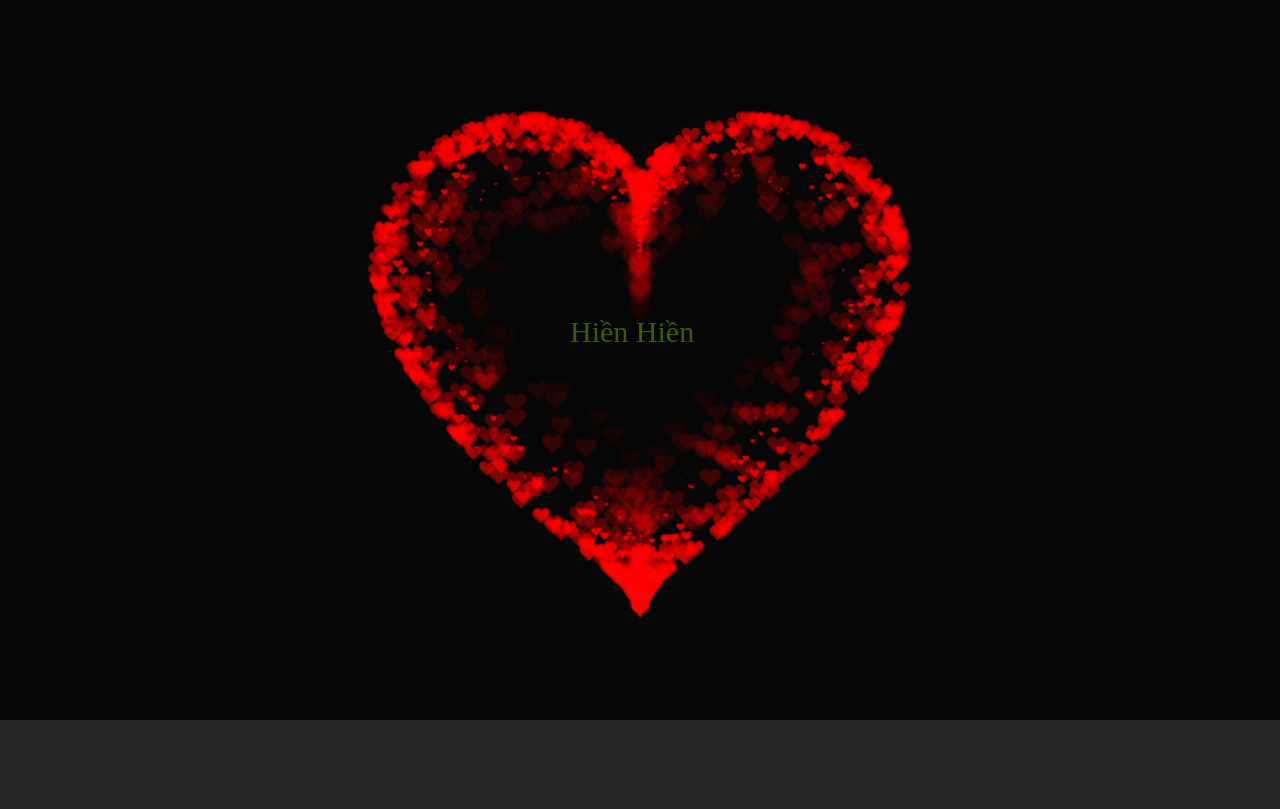
Repository: OanhBuonNgu/git_test
Page: index.html
The author's editor kept a copy of each file at every save. The page is drawn from the files as they stood at one save, then again after the next save.
The browser window is 1280 px wide. The pictures show the whole page.

Above is the page before, as saved 2022-11-13 21:44:21.

### index.html
<!DOCTYPE html>
<html lang="en">

<HEAD>
    <meta charset="UTF-8">
    <meta http-equiv="X-UA-Compatible" content="IE=edge">
    <meta name="viewport" content="width=device-width, initial-scale=1.0">
    <title>Design By Nguyễn Đình Oanh</title>
    <link rel="stylesheet" href="style.css">
    <style>
        html,
        body {
            height: 100%;
            padding: 0;
            margin: 0;
            background: rgba(0, 0, 0, 0.851);
        }

        canvas {
            position: absolute;
            width: 100%;
            height: 100%;
        }
    </style>
</HEAD>

<BODY>
    <div class="container">
        <div class="box">
            <div style="color:rgb(56, 94, 1);position:absolute;top: 330px;left:430px;font-size:30px;z-index: 1;">Hiền Hiền</div>
            <canvas id="pinkboard"></canvas>
        </div>
        <script>
            var settings = {
                particles: {
                    length: 1200,
                    duration: 2,
                    velocity: 150,
                    effect: -1.2,
                    size: 20,
                },
            };
            /*
             */
            (function() {
                var b = 0;
                var c = ["ms", "moz", "webkit", "o"];
                for (var a = 0; a < c.length && !window.requestAnimationFrame; ++a) {
                    window.requestAnimationFrame = window[c[a] + "RequestAnimationFrame"];
                    window.cancelAnimationFrame = window[c[a] + "CancelAnimationFrame"] || window[c[a] + "CancelRequestAnimationFrame"]
                }
                if (!window.requestAnimationFrame) {
                    window.requestAnimationFrame = function(h, e) {
                        var d = new Date().getTime();
                        var f = Math.max(0, 50 - (d - b));
                        var g = window.setTimeout(function() {
                            h(d + f)
                        }, f);
                        b = d + f;
                        return g
                    }
                }
                if (!window.cancelAnimationFrame) {
                    window.cancelAnimationFrame = function(d) {
                        clearTimeout(d)
                    }
                }
            }());
            /*
             * Point class
             */
            var Point = (function() {
                function Point(x, y) {
                    this.x = (typeof x !== 'undefined') ? x : 0;
                    this.y = (typeof y !== 'undefined') ? y : 0;
                }
                Point.prototype.clone = function() {
                    return new Point(this.x, this.y);
                };
                Point.prototype.length = function(length) {
                    if (typeof length == 'undefined')
                        return Math.sqrt(this.x * this.x + this.y * this.y);
                    this.normalize();
                    this.x *= length;
                    this.y *= length;
                    return this;
                };
                Point.prototype.normalize = function() {
                    var length = this.length();
                    this.x /= length;
                    this.y /= length;
                    return this;
                };
                return Point;
            })();
            /*
             * Particle class
             */
            var Particle = (function() {
                function Particle() {
                    this.position = new Point();
                    this.velocity = new Point();
                    this.acceleration = new Point();
                    this.age = 0;
                }
                Particle.prototype.initialize = function(x, y, dx, dy) {
                    this.position.x = x;
                    this.position.y = y;
                    this.velocity.x = dx;
                    this.velocity.y = dy;
                    this.acceleration.x = dx * settings.particles.effect;
                    this.acceleration.y = dy * settings.particles.effect;
                    this.age = 0;
                };
                Particle.prototype.update = function(deltaTime) {
                    this.position.x += this.velocity.x * deltaTime;
                    this.position.y += this.velocity.y * deltaTime;
                    this.velocity.x += this.acceleration.x * deltaTime;
                    this.velocity.y += this.acceleration.y * deltaTime;
                    this.age += deltaTime;
                };
                Particle.prototype.draw = function(context, image) {
                    function ease(t) {
                        return (--t) * t * t + 1;
                    }
                    var size = image.width * ease(this.age / settings.particles.duration);
                    context.globalAlpha = 1 - this.age / settings.particles.duration;
                    context.drawImage(image, this.position.x - size / 2, this.position.y - size / 2, size, size);
                };
                return Particle;
            })();
            /*
             * ParticlePool class
             */
            var ParticlePool = (function() {
                var particles,
                    firstActive = 0,
                    firstFree = 0,
                    duration = settings.particles.duration;

                function ParticlePool(length) {
                    // create and populate particle pool
                    particles = new Array(length);
                    for (var i = 0; i < particles.length; i++)
                        particles[i] = new Particle();
                }
                ParticlePool.prototype.add = function(x, y, dx, dy) {
                    particles[firstFree].initialize(x, y, dx, dy);

                    // handle circular queue
                    firstFree++;
                    if (firstFree == particles.length) firstFree = 0;
                    if (firstActive == firstFree) firstActive++;
                    if (firstActive == particles.length) firstActive = 0;
                };
                ParticlePool.prototype.update = function(deltaTime) {
                    var i;

                    // update active particles
                    if (firstActive < firstFree) {
                        for (i = firstActive; i < firstFree; i++)
                            particles[i].update(deltaTime);
                    }
                    if (firstFree < firstActive) {
                        for (i = firstActive; i < particles.length; i++)
                            particles[i].update(deltaTime);
                        for (i = 0; i < firstFree; i++)
                            particles[i].update(deltaTime);
                    }

                    // remove inactive particles
                    while (particles[firstActive].age >= duration && firstActive != firstFree) {
                        firstActive++;
                        if (firstActive == particles.length) firstActive = 0;
                    }


                };
                ParticlePool.prototype.draw = function(context, image) {
                    // draw active particles
                    if (firstActive < firstFree) {
                        for (i = firstActive; i < firstFree; i++)
                            particles[i].draw(context, image);
                    }
                    if (firstFree < firstActive) {
                        for (i = firstActive; i < particles.length; i++)
                            particles[i].draw(context, image);
                        for (i = 0; i < firstFree; i++)
                            particles[i].draw(context, image);
                    }
                };
                return ParticlePool;
            })();
            /*
             * Putting it all together
             */
            (function(canvas) {
                var context = canvas.getContext('2d'),
                    particles = new ParticlePool(settings.particles.length),
                    particleRate = settings.particles.length / settings.particles.duration, // particles/sec
                    time;

                // get point on heart with -PI <= t <= PI
                function pointOnHeart(t) {
                    return new Point(
                        160 * Math.pow(Math.sin(t), 3),
                        130 * Math.cos(t) - 50 * Math.cos(2 * t) - 20 * Math.cos(3 * t) - 10 * Math.cos(4 * t) + 25
                    );
                }

                // creating the particle image using a dummy canvas
                var image = (function() {
                    var canvas = document.createElement('canvas'),
                        context = canvas.getContext('2d');
                    canvas.width = settings.particles.size;
                    canvas.height = settings.particles.size;
                    // helper function to create the path
                    function to(t) {
                        var point = pointOnHeart(t);
                        point.x = settings.particles.size / 2 + point.x * settings.particles.size / 350;
                        point.y = settings.particles.size / 2 - point.y * settings.particles.size / 350;
                        return point;
                    }
                    // create the path
                    context.beginPath();
                    var t = -Math.PI;
                    var point = to(t);
                    context.moveTo(point.x, point.y);
                    while (t < Math.PI) {
                        t += 0.05; // baby steps!
                        point = to(t);
                        context.lineTo(point.x, point.y);
                    }
                    context.closePath();
                    // create the fill
                    context.fillStyle = '#FF0000';
                    context.fill();
                    // create the image
                    var image = new Image();
                    image.src = canvas.toDataURL('');
                    return image;
                })();

                // render that thing!
                function render() {
                    // next animation frame
                    requestAnimationFrame(render);

                    // update time
                    var newTime = new Date().getTime() / 900,
                        deltaTime = newTime - (time || newTime);
                    time = newTime;

                    // clear canvas
                    context.clearRect(0, 0, canvas.width, canvas.height);

                    // create new particles
                    var amount = particleRate * deltaTime;
                    for (var i = 0; i < amount; i++) {
                        var pos = pointOnHeart(Math.PI - 2 * Math.PI * Math.random());
                        var dir = pos.clone().length(settings.particles.velocity);
                        particles.add(canvas.width / 2 + pos.x, canvas.height / 2 - pos.y, dir.x, -dir.y);
                    }

                    // update and draw particles
                    particles.update(deltaTime);
                    particles.draw(context, image);
                }

                // handle (re-)sizing of the canvas
                function onResize() {
                    canvas.width = canvas.clientWidth;
                    canvas.height = canvas.clientHeight;
                }
                window.onresize = onResize;

                // delay rendering bootstrap
                setTimeout(function() {
                    onResize();
                    render();
                }, 10);
            })(document.getElementById('pinkboard'));
        </script>
    </div>

</BODY>

</HTML>

### style.css
body {
    display: flex;
    justify-content: center;
    align-items: center;
    background: #2c3e50
}

.box {
    width: 1000px;
    position: absolute;
    top: 50%;
    left: 50%;
    transform: translate(-50%, -50%);
    display: flex;
    flex-direction: column;
}

#pinkboard {
    position: relative;
    margin: auto;
    height: 750px;
    width: 750px;
    animation: animate 1.2s infinite;
}

#pinkboard:before,
#pinkboard:after {
    content: '';
    position: absolute;
    background: #000000;
    width: 100px;
    height: 160px;
    border-top-left-radius: 50px;
    border-top-right-radius: 50px;
}

#pinkboard:before {
    left: 100px;
    transform: rotate(-45deg);
    transform-origin: 0 100%;
    box-shadow: 0 14px 28px rgba(0, 0, 0, 0.25), 0 10px 10px rgba(0, 0, 0, 0.22);
}

#pinkboard:after {
    left: 0;
    transform: rotate(45deg);
    transform-origin: 100% 100%;
}

@keyframes animate {
    0% {
        transform: scale(1);
    }
    20% {
        transform: scale(1.2);
    }
    30% {
        transform: scale(1.3);
    }
    40% {
        transform: scale(1.4);
    }
    50% {
        transform: scale(1.5);
    }
    60% {
        transform: scale(1.4);
    }
    80% {
        transform: scale(1.2);
    }
    100% {
        transform: scale(1);
    }
}

After the next save:
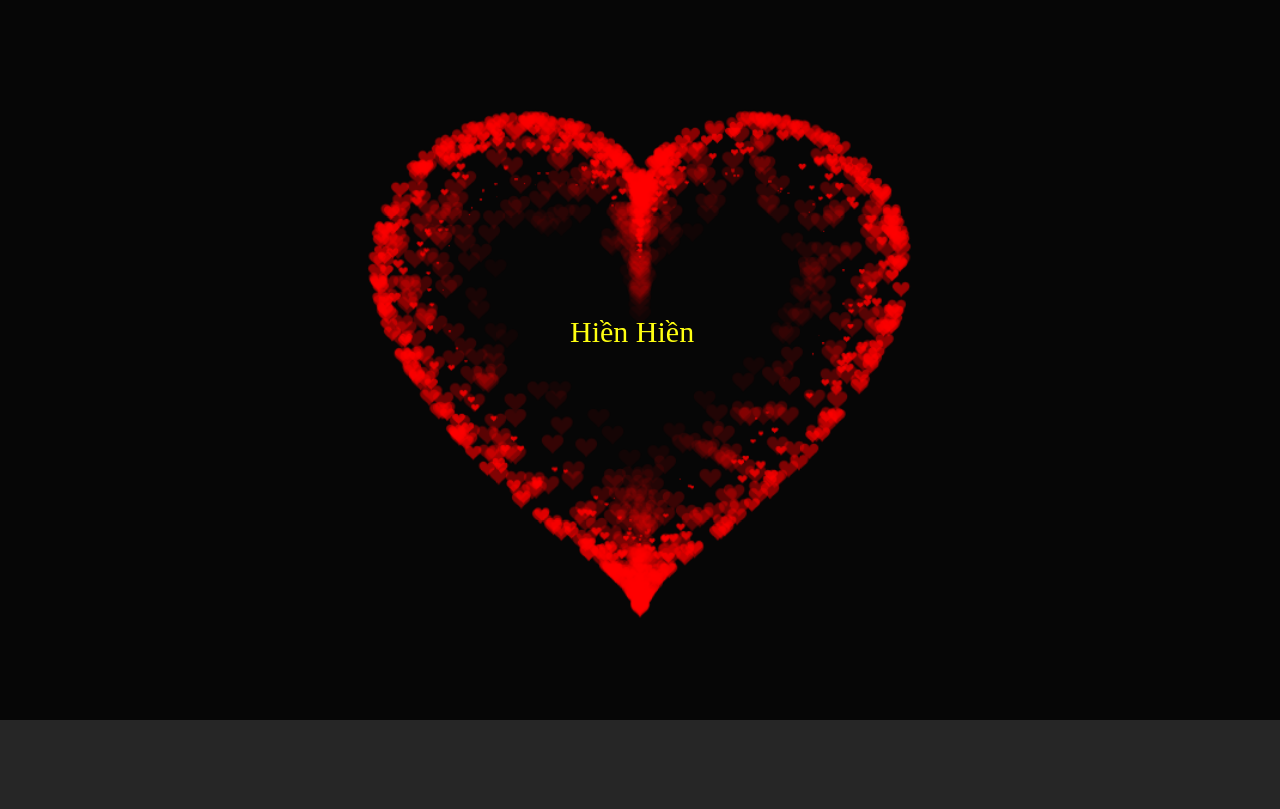
Saved 10 s later.
--- a/index.html
+++ b/index.html
@@ -27,7 +27,7 @@
 <BODY>
     <div class="container">
         <div class="box">
-            <div style="color:rgb(56, 94, 1);position:absolute;top: 330px;left:430px;font-size:30px;z-index: 1;">Hiền Hiền</div>
+            <div style="color:rgb(255, 255, 17);position:absolute;top: 330px;left:430px;font-size:30px;z-index: 1;">Hiền Hiền</div>
             <canvas id="pinkboard"></canvas>
         </div>
         <script>
